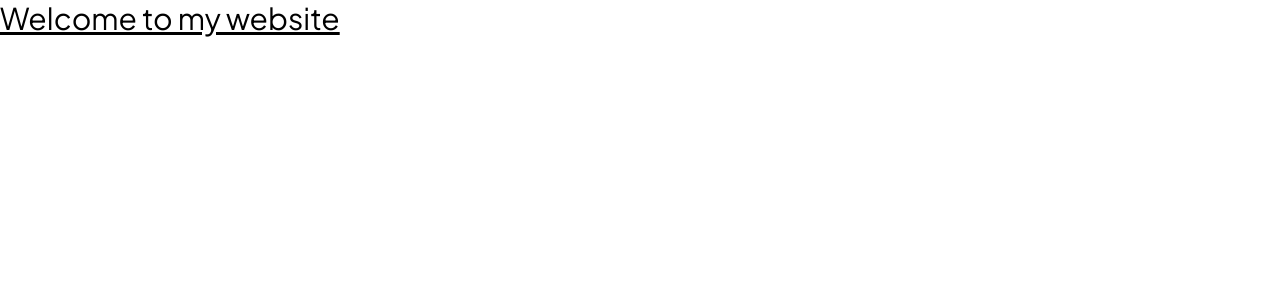
Repository: Strong02coder/medinav_healthcare_webapp
Page: /
An editor plug-in stored every save of this project. The page is shown before and after a run of saves, followed by the edit.
The browser window is 1280 px wide. The pictures show the whole page.
The project was rebuilt for these pictures with package versions that can differ from the ones it lists, and the page was loaded fresh each time. The framework's server and built-in components were replaced by stand-ins that run in the browser. Also part of the build but not shown: next.config.mjs.

Above is the page before, as saved 2024-08-07 01:21:21.

### app/layout.tsx
import type { Metadata } from "next";
import { Plus_Jakarta_Sans } from "next/font/google";
import "./globals.css";

const fontSans = Plus_Jakarta_Sans({
  subsets: ["latin"],
  weight: ['300', '400', '500', '600', '700'],
  variable: '--font-sans'
});

export const metadata: Metadata = {
  title: "Madinav",
  description: "A Healthcare Management System",
};

export default function RootLayout({
  children,
}: Readonly<{
  children: React.ReactNode;
}>) {
  return (
    <html lang="en">
      <body className={fontSans.className}>{children}</body>
    </html>
  );
}

### app/page.tsx
export default function Home() {
  return (
    <div>
      <h1 className="text-3xl underline">Welcome to my website</h1>
    </div>
  )
}

Loaded but not shown: app/globals.css (common file); tailwind.config.ts (common file)

After the next 10 saves:
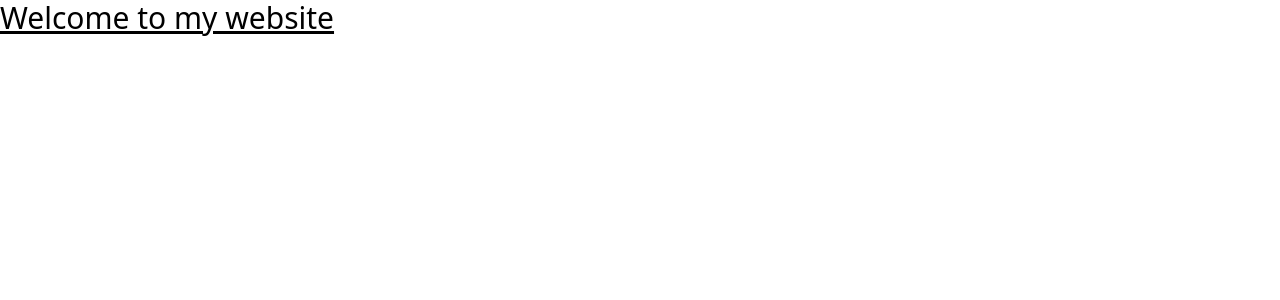
The 10 saves are shown as one change because 4 did not build or start and some came seconds apart.
The last was saved 19 h 39 min later.
--- a/app/layout.tsx
+++ b/app/layout.tsx
@@ -1,6 +1,7 @@
 import type { Metadata } from "next";
 import { Plus_Jakarta_Sans } from "next/font/google";
 import "./globals.css";
+import { cn } from ''
 
 const fontSans = Plus_Jakarta_Sans({
   subsets: ["latin"],
@@ -20,7 +21,7 @@ export default function RootLayout({
 }>) {
   return (
     <html lang="en">
-      <body className={fontSans.className}>{children}</body>
+      <body className={cn}>{children}</body>
     </html>
   );
 }
